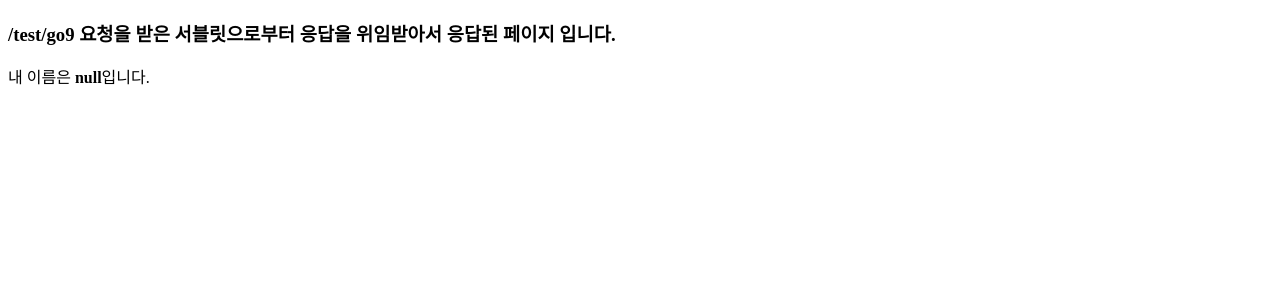
Repository: hyunhee7/web_work
Page: http://localhost/Step06_PageMove/test/view3.jsp
An editor plug-in stored every save of this project. The page is shown before and after the next save, followed by the edit.
The browser window is 1280 px wide. The pictures show the whole page.
The page is served by Tomcat 9.

Above is the page before, as saved 2017-06-26 07:38:05.

After the next save:
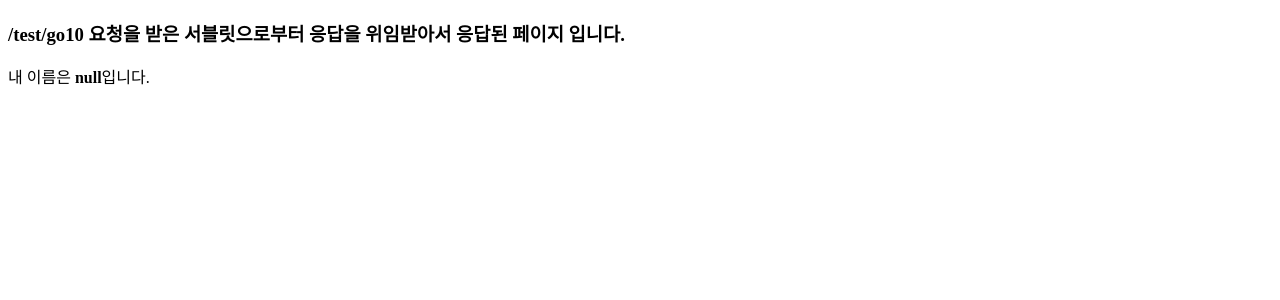
Saved 4 s later.
--- a/Step06_PageMove/WebContent/test/view3.jsp
+++ b/Step06_PageMove/WebContent/test/view3.jsp
@@ -7,7 +7,7 @@
 <title>/test/view3.jsp</title>
 </head>
 <body>
-<h3> /test/go9 요청을 받은 서블릿으로부터 응답을 위임받아서 응답된 페이지 입니다.</h3>
+<h3> /test/go10 요청을 받은 서블릿으로부터 응답을 위임받아서 응답된 페이지 입니다.</h3>
 <%
 	/*
 		request.setAttribute("myName","김구라");
